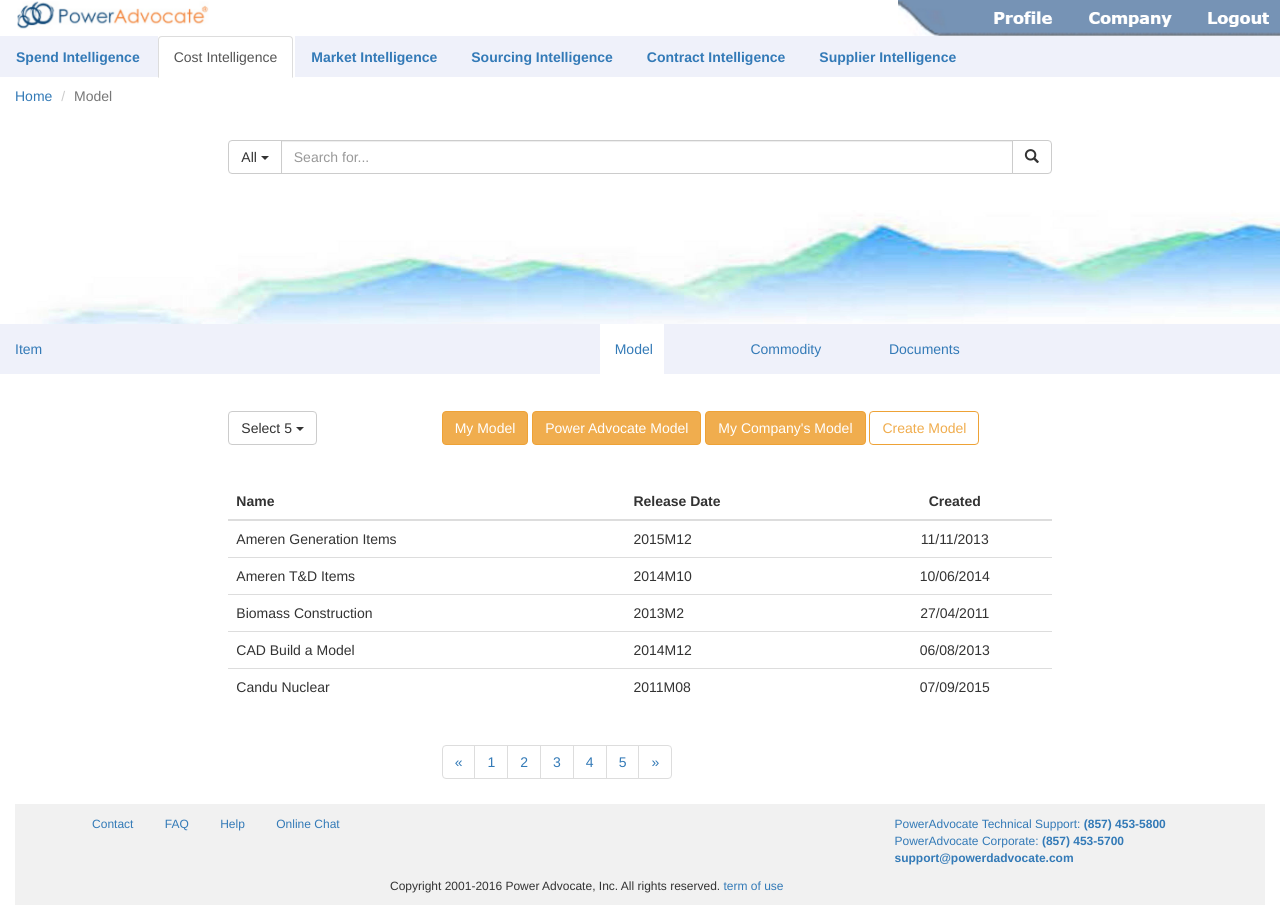
Repository: SamiraMansouri/PowerAdvocate-CostIntelligence-Application-new-Design-using-UserExperience-Method-
Page: http://localhost/PowerAdvocate/WEB-INF/views/home.jsp
These files come from the project's save history. The page is drawn as it stood at one moment and after the next save; the edit follows.
The browser window is 1280 px wide. The pictures show the whole page.
The page is served by Tomcat 9. Nobody is signed in. Other server files are loaded and not shown. The template is opened directly, without the code that normally fills it, so the values that code supplies are empty.

Above is the page before, as saved 2016-04-25 02:07:23.

### PowerAdvocate-Prototype/PowerAdvocate/src/main/webapp/WEB-INF/views/home.jsp
<!DOCTYPE html>
<html lang="en">
<head>
<title>Model</title>
<meta charset="utf-8">
<meta name="viewport" content="width=device-width, initial-scale=1">
<link rel="stylesheet"
	href="http://maxcdn.bootstrapcdn.com/bootstrap/3.3.6/css/bootstrap.min.css">
<script
	src="https://ajax.googleapis.com/ajax/libs/jquery/1.12.0/jquery.min.js"></script>
<script
	src="http://maxcdn.bootstrapcdn.com/bootstrap/3.3.6/js/bootstrap.min.js"></script>
</head>
<style>
.nav .navbar-nav>li>a:hover, .navbar-default .navbar-nav>li>a:focus {
	color: #ffff; /*Sets the text hover color on navbar*/
}

.nav .nav-tabs>.active>a, .nav .nav-tabs>.active>a:hover, .nav .nav-tabs>.active>a:focus
	{
	color: black; /*BACKGROUND color for active*/
	background-color: red;
}

.nav {
	background-color: #eff1fa;
	border-color: white;
}

.nav>li>a:hover, .nav>li>a:focus {
	text-decoration: none;
	background-color: silver; /*Change rollover cell color here*/
}

.navbar-default .navbar-nav>li>a {
	color: white; /*Change active text color here*/
}

.top-buffer {
	margin-top: 3%;
}

.nav .nav-tabs {
	display: inline-block;
	float: none;
	vertical-align: top;
}

.nav .navbar-collapse {
	text-align: center;
}

#bs-example-navbar-collapse-1 {
	padding: 0;
}

lineblue {
	border-bottom: 5pt solid black;
}

.navbar-nav {
	width: 100%;
	text-align: center; > li { float : none;
	display: inline-block;
}

}
.active {
	background-color: #fff;
}

.btn-warning.btn-outline {
	color: #f0ad4e;
}

.btn-warning.btn-outline:hover {
	color: #fff;
}

.btn-outline {
	background-color: transparent;
	color: inherit;
	transition: all .5s;
}

.footer {
	background-color: #F1F1F1;
	padding-top: 1%;
	font-size: 12px;
}

#col1 li {
	display: inline;
	text-decoration: none;
	padding-left: 5%;
}

#col1 ul {
	padding-left: 0;
}

#col2 li {
	text-decoration: none;
	padding-left: 35%;
	list-style-type: none;
}
.image
{
padding-right:0;

}
</style>
<body>

	<div class="container-fluid">
		<div class="row">
			<div class="col-md-4 ">
				<img src="resources/img/pa.png" alt="logo"
					style="width: 50%; height: 30%;">
			</div>
			<div class="col-md-8 image">
				<span class="pull-right "> <img src="resources/img/menu.png"
					class="pull-right " alt="logo" style="width: 60%; height: 30%;">
				</span>
			</div>
		</div>

		<!--end of row-->
		<div class="row">
			<ul class="nav nav-tabs">
				<li role="presentation"><a href="#"><b>Spend
							Intelligence</b></a></li>
				<li role="presentation" class="active"><a href="#">Cost
						Intelligence</a></li>
				<li role="presentation"><a href="#"><b>Market
							Intelligence</b></a></li>
				<li role="presentation"><a href="#"><b>Sourcing
							Intelligence</b></a></li>
				<li role="presentation"><a href="#"><b>Contract
							Intelligence</b></a></li>
				<li role="presentation"><a href="#"><b>Supplier
							Intelligence</b></a></li>
			</ul>
		</div>
		<!--end of row-->

		<div class="row">
			<ol class="breadcrumb"
				style="margin-bottom: 2%; background-color: #fff;">
				<li><a href="#">Home</a></li>
				<li class="active">Model</li>
			</ol>
		</div>
		<!-- bread crumb -->

		<div class="row">
			<div class="col-lg-2"></div>
			<div class="col-lg-8">
				<div class="input-group">
					<div class="input-group-btn">
						<button type="button" class="btn btn-default dropdown-toggle"
							data-toggle="dropdown" aria-haspopup="true" aria-expanded="false">
							All <span class="caret"></span>
						</button>
						<ul class="dropdown-menu">
							<li><a href="#">All</a></li>
							<li role="separator" class="divider"></li>
							<li><a href="#">Model</a></li>
							<li><a href="#">Item</a></li>
							<li><a href="#">Commodity</a></li>
						</ul>
					</div>
					<!-- btn-group -->

					<input type="text" class="form-control" placeholder="Search for..." />
					<span class="input-group-btn">
						<button class="btn btn-default" type="button">
							<span class="glyphicon glyphicon-search" aria-hidden="true"></span>
						</button>
					</span>
				</div>
				<!-- /input-group -->
			</div>
			<!-- lg-8 -->
			<div class="col-lg-2"></div>
		</div>
		<!-- /row -->

		<div class="row">
			<div class="col-md-12 image">
				<img  src="resources/img/a.jpeg" alt="logo"
					style="width: 100%; height: 150px;">
			</div>
		</div>
		<!-- row -->

		<div class="row">
			<div class=" collapse navbar-collapse "
				id="bs-example-navbar-collapse-1">
				<ul class="nav navbar-nav">
				<li><a href="#"></a></li>
				<li><a href="#"></a></li>
				<li><a href="#"></a></li>
				<li><a href="#"></a></li>
				<li><a href="#"></a></li>
				<li><a href="#"></a></li>
				<li><a href="#"></a></li>
				<li><a href="#"></a></li>
					<li class="active" style="width:5%;"><a href="#" >Model</a></li>
									<li><a href="#"></a></li>
					<li class="pull-left"><a href="/prototype/Item">Item</a></li>
									<li><a href="#"></a></li>
					<li><a href="/prototype/Commodity">Commodity</a></li>
									<li><a href="#"></a></li>
					<li><a href="/prototype/Documents">Documents</a></li>
									<li><a href="#"></a></li>
				</ul>
			</div>
			<!-- /.navbar-collapse -->
		</div>

		<div class="row top-buffer ">
			<div class="col-md-2"></div>
			<div class="col-md-2">

				<div class="dropdown pull-left ">
					<button class="btn btn-default dropdown-toggle" type="button"
						id="dropdownMenu2" data-toggle="dropdown" aria-haspopup="true"
						aria-expanded="false">
						Select 5 <span class="caret"></span>
					</button>
					<ul class="dropdown-menu" aria-labelledby="dropdownMenu2">
						<li><a href="#">Select 5</a></li>
						<li><a href="#">Select 10</a></li>
						<li><a href="#">Select 50</a></li>
						<li><a href="#">Select 100</a></li>
					</ul>
				</div>
			</div>
			<div class="col-md-6 ">
				<button type="Button" class="btn btn-warning">My Model</button>
				<button type="Button" class="btn btn-warning">Power
					Advocate Model</button>
				<button type="Button" class="btn btn-warning">My Company's
					Model</button>
				<a class="btn btn-warning btn-outline ">Create Model</a>
			</div>
<div class="col-md-2"></div>
		</div>



	<div class="row top-buffer x">
		<div class="col-sm-2"></div>
		<div class="col-sm-8">
			<table class="table table-hover">
				<thead>
					<tr>
						<th>Name</th>
						<th >Release Date</th>
						<th style="text-align:center;">Created</th>
					</tr>
				</thead>
				<tbody>
					<tr>
						<td>Ameren Generation Items</td>
						<td>2015M12</td>
						<td style="text-align:center;">11/11/2013</td>
					</tr>
					<tr>
						<td>Ameren T&D Items</td>
						<td>2014M10</td>
						<td style="text-align:center;">10/06/2014</td>
					</tr>
					<tr>
						<td>Biomass Construction</td>
						<td>2013M2</td>
						<td style="text-align:center;">27/04/2011</td>
					</tr>
					<tr>
						<td>CAD Build a Model</td>
						<td>2014M12</td>
						<td style="text-align:center;">06/08/2013</td>
					</tr>
					<tr>
						<td>Candu Nuclear</td>
						<td>2011M08</td>
						<td style="text-align:center;">07/09/2015</td>
					</tr>
				</tbody>
			</table>
		</div>
		<div class="col-md-2"></div>
	</div>

	<!-- footer -->
	<div class="row">
		<div class="col-md-2"></div>
		<div class="col-md-2"></div>
		<div class="col-md-8 ">
			<nav>
				<ul class="pagination">
					<li><a href="#" aria-label="Previous"> <span
							aria-hidden="true">&laquo;</span>
					</a></li>
					<li><a href="#">1</a></li>
					<li><a href="#">2</a></li>
					<li><a href="#">3</a></li>
					<li><a href="#">4</a></li>
					<li><a href="#">5</a></li>
					<li><a href="#" aria-label="Next"> <span
							aria-hidden="true">&raquo;</span>
					</a></li>
				</ul>
			</nav>
		</div>
	</div>
	<!--pagination-->
	<!--footer-->
	<div class="footer">
		<div class="row ">
			<div class="col-md-6" id="col1" style="padding-left: 5%;">
				<ul>
					<li><a src="#"> Contact</a></li>
					<li><a src="#"> FAQ </a></li>
					<li><a src="#"> Help</a></li>
					<li><a src="#"> Online Chat</a></li>
				</ul>
			</div>

			<div class="col-md-6" id="col2">
				<ul>
					<li><a src="#"> PowerAdvocate Technical Support:<b> (857)
							453-5800</b></a></li>
					<li><a src="#"> PowerAdvocate Corporate: <b>(857) 453-5700 </b></a></li>
					<li><a src="#"><b>support@powerdadvocate.com</b> </a></li>
				</ul>
			</div>
		</div>
		<div class="row">
			<div class="col-md-12">
				<p style="padding-left: 30%;">
					Copyright 2001-2016 Power Advocate, Inc. All rights reserved.<a
						src="#"> term of use </a>
				</p>
			</div>
		</div>
	</div>
	<!-- end of footer-->


	</div>
</body>
</html>

After the next save:
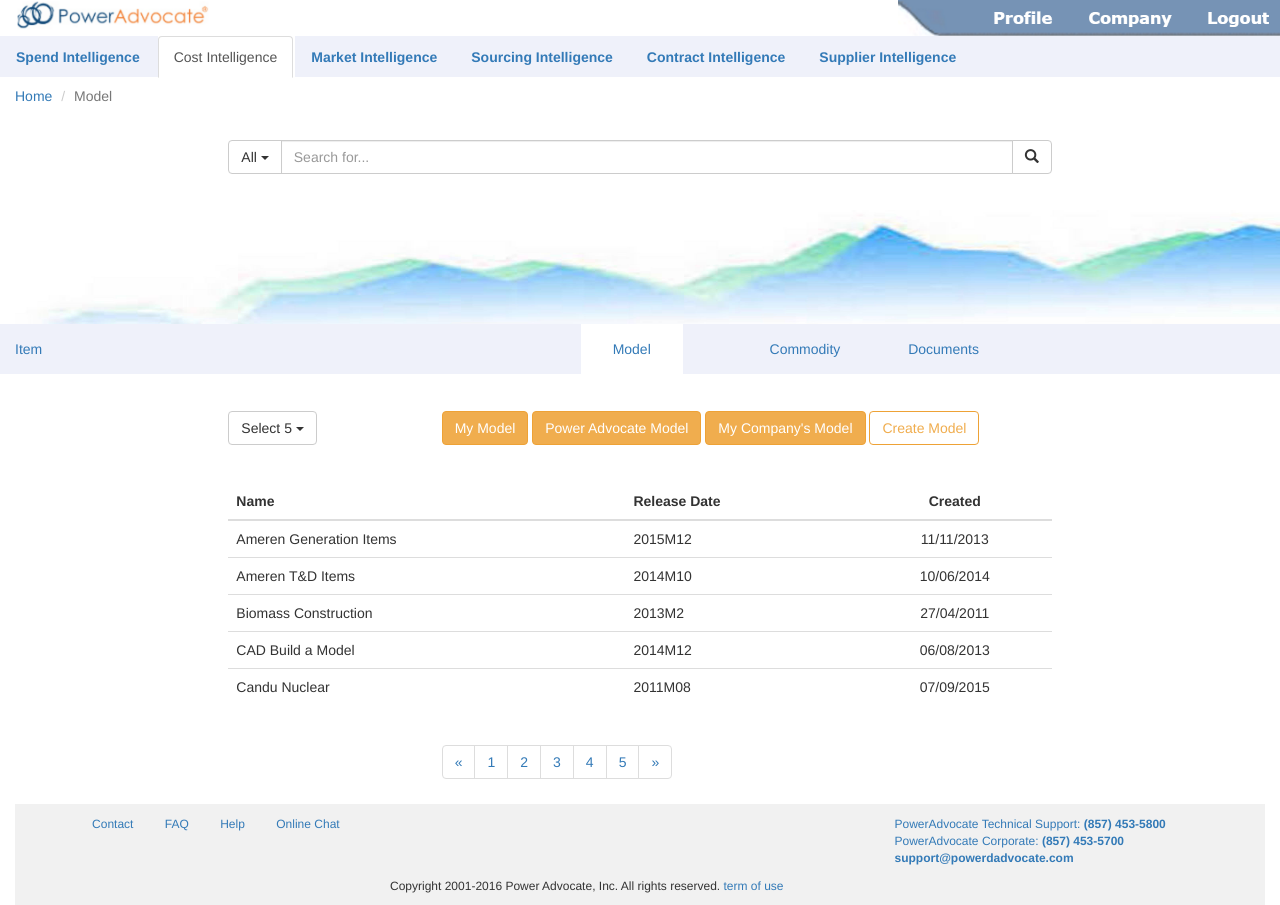
Saved 10 s later.
--- a/PowerAdvocate-Prototype/PowerAdvocate/src/main/webapp/WEB-INF/views/home.jsp
+++ b/PowerAdvocate-Prototype/PowerAdvocate/src/main/webapp/WEB-INF/views/home.jsp
@@ -206,7 +206,7 @@
 				<li><a href="#"></a></li>
 				<li><a href="#"></a></li>
 				<li><a href="#"></a></li>
-					<li class="active" style="width:5%;"><a href="#" >Model</a></li>
+					<li class="active" style="width:8%"><a href="#" >Model</a></li>
 									<li><a href="#"></a></li>
 					<li class="pull-left"><a href="/prototype/Item">Item</a></li>
 									<li><a href="#"></a></li>
